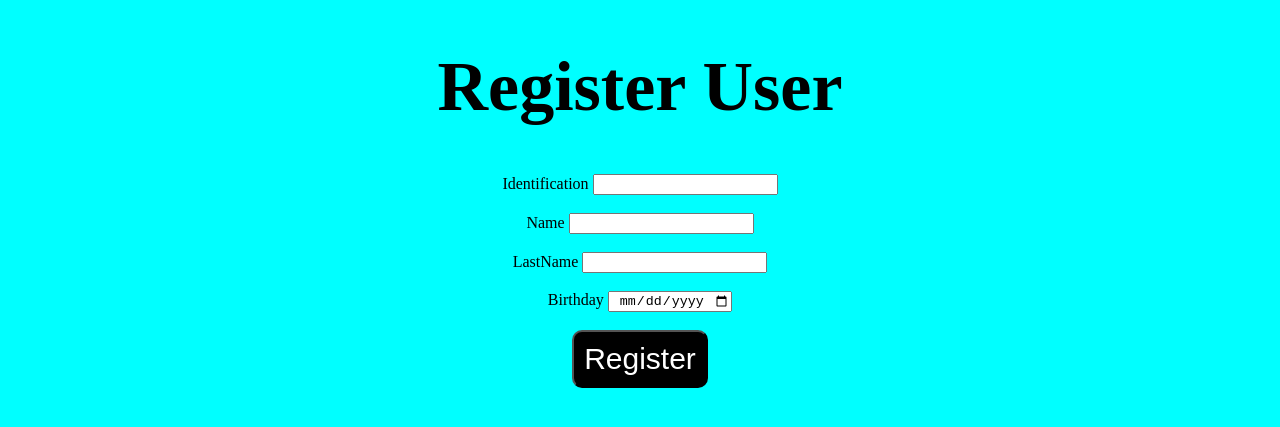
Repository: Grupo6-github/app-cym-repo
Page: TEMPLATE/register.html
The author's editor kept a record of every edit. The page is drawn from the files as they stood at one moment, then again after the next edit.
The browser window is 1280 px wide. The pictures show the whole page.

Above is the page before.

After the next edit:
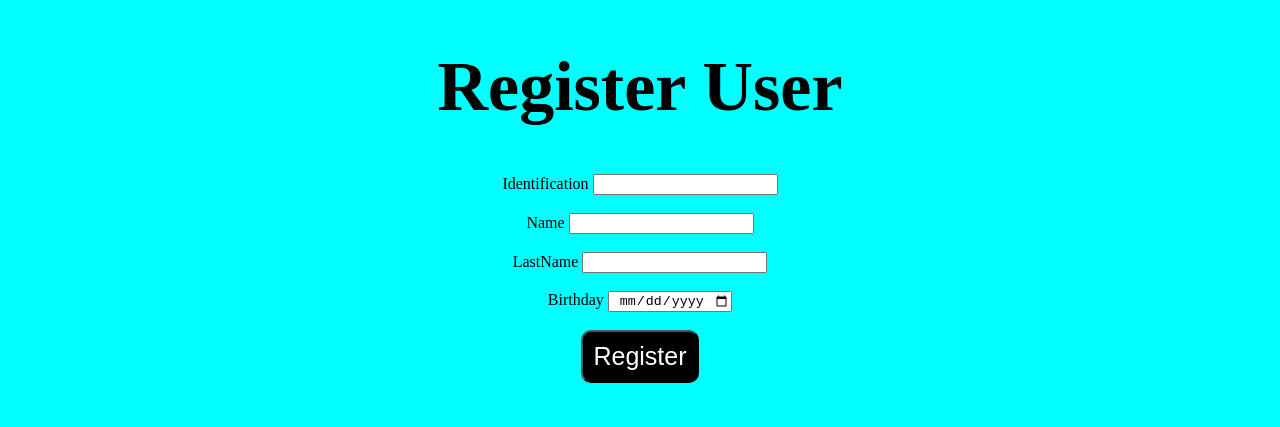
The edit:
--- a/STATIC/css/Styleregister.css
+++ b/STATIC/css/Styleregister.css
@@ -1,5 +1,5 @@
 button{
-    font-size: 30px;
+    font-size: 25px;
     background-color: black;
     color: white;
     border-radius: 10px;
